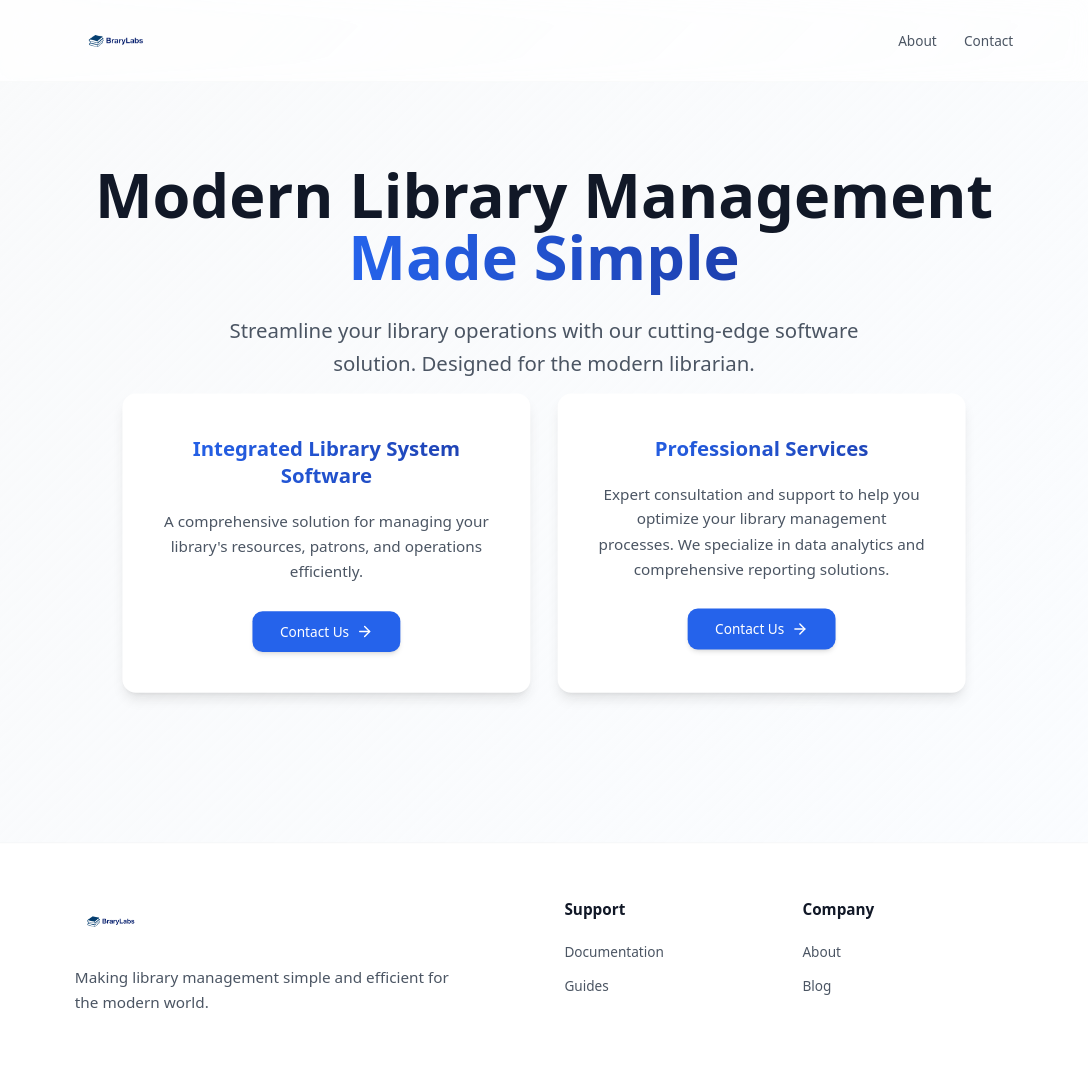
Repository: bgroble14/brarylabs-website
Page: /contact
The author's editor kept a copy of each file at every save. The page is drawn from the files as they stood at one save, then again after the next save.
The browser window is 1280 px wide. The pictures show the whole page, at 85% of full size.
The project was rebuilt for these pictures with package versions that can differ from the ones it lists, and the page was loaded fresh each time. Also part of the build but not shown: vite.config.ts.

Above is the page before, as saved 2025-01-16 17:17:20.

After the next save:
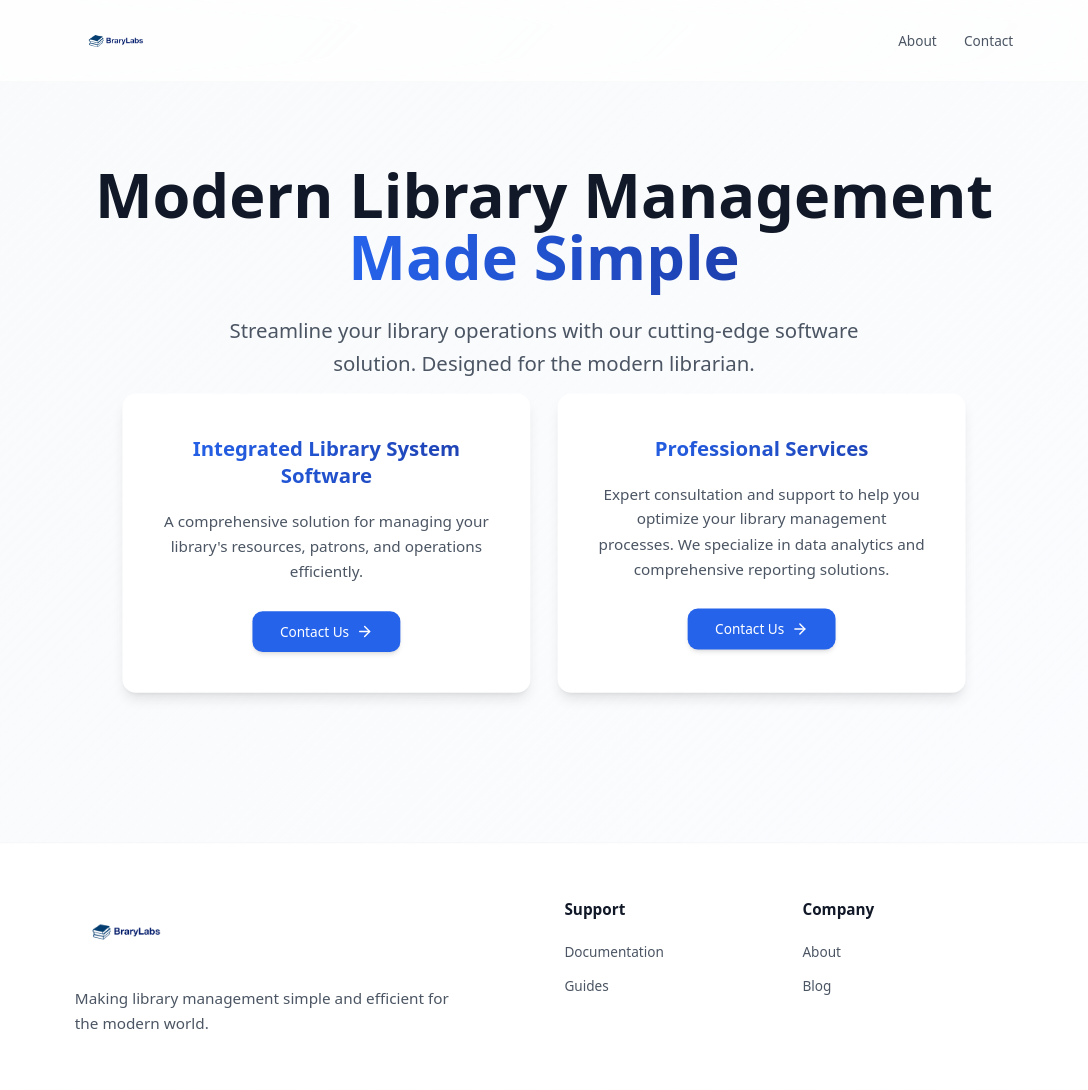
Saved 72 s later.
--- a/src/App.tsx
+++ b/src/App.tsx
@@ -89,7 +89,7 @@ function App() {
                 <img
                   src="/logo-transparent.png"
                   alt="BraryLabs Logo"
-                  className="h-14 w-auto mix-blend-multiply"
+                  className="h-20 w-auto mix-blend-multiply"
                 />
               </div>
               <p className="text-gray-600 text-lg leading-relaxed max-w-md">
